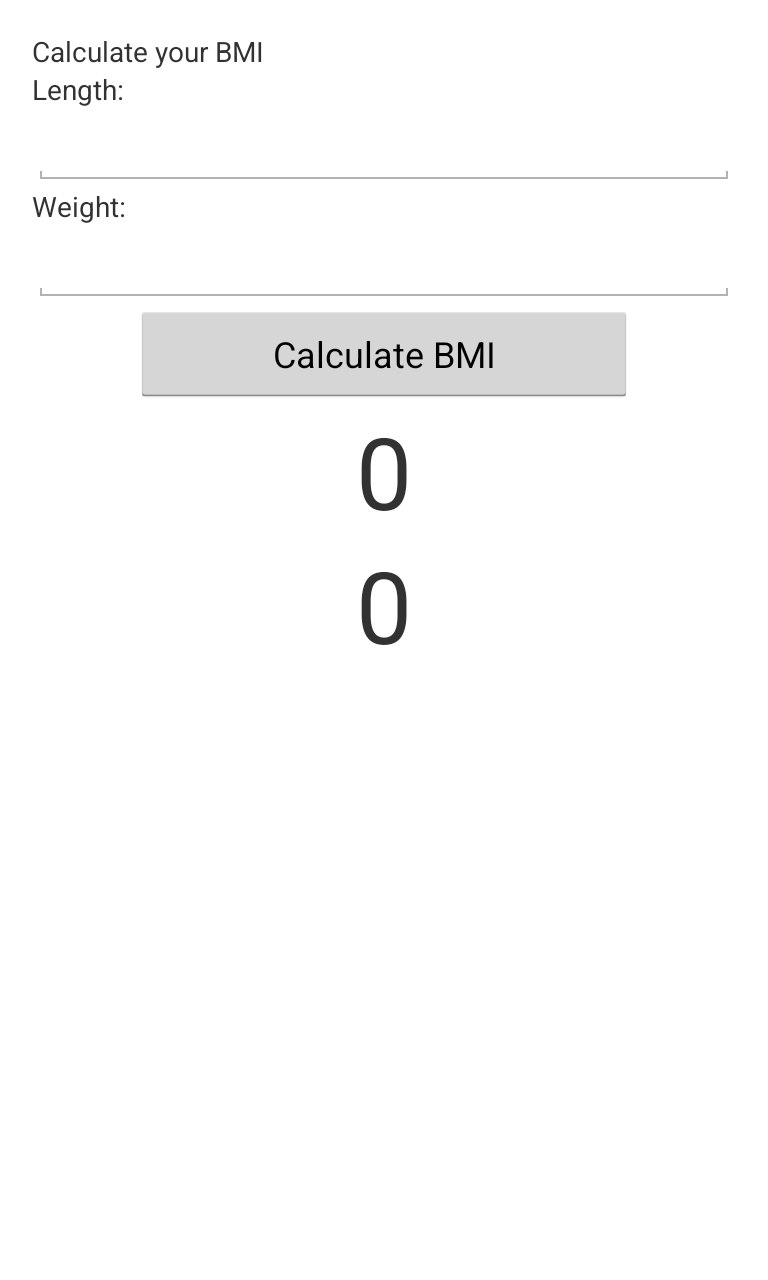
Repository: me222rs/AndroidLab1
Layout: BMI/res/layout/activity_bmi.xml
These files come from the project's save history. The layout is drawn as it stood at one moment and after the next save; the edit follows.
It is drawn on a 768 x 1280 px phone screen (xhdpi) without system bars, with theme AppTheme; the app's code is not run.

Above is the layout before, as saved 2014-11-17 13:14:04.

After the next save:
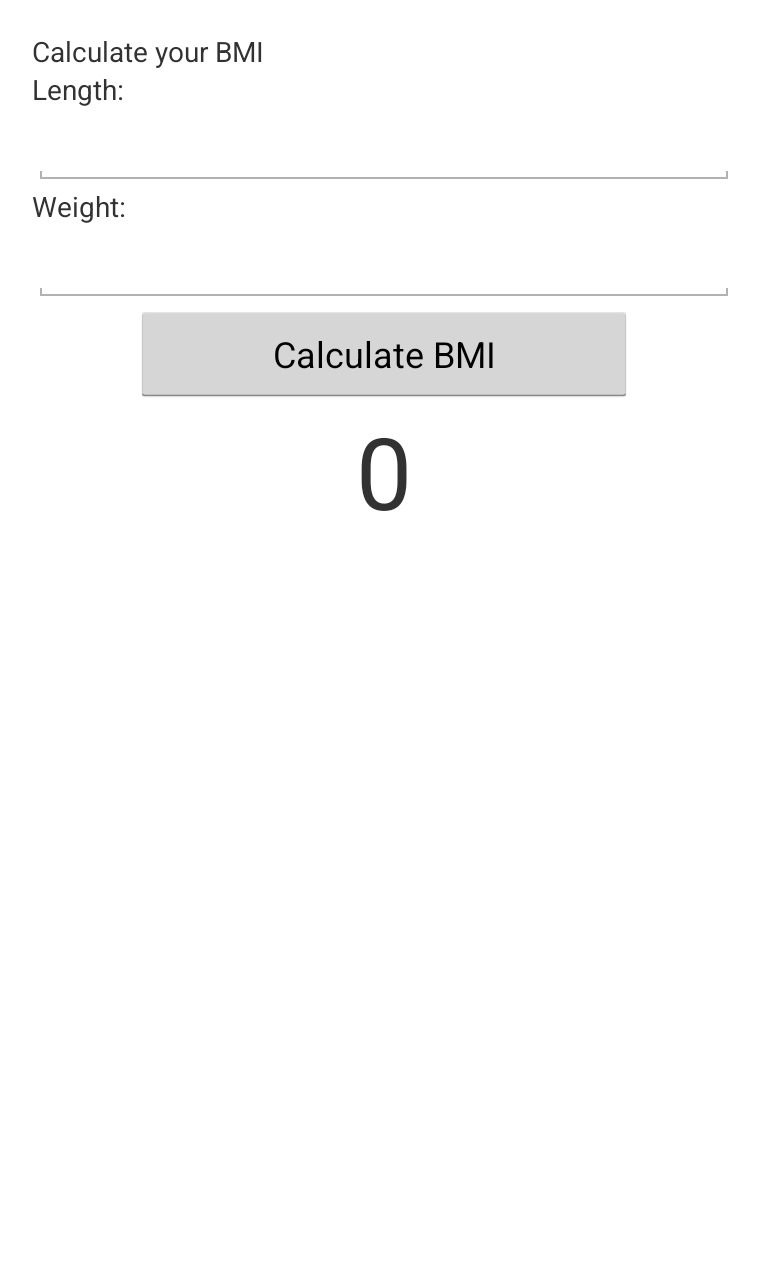
Saved 10 s later.
--- a/BMI/res/layout/activity_bmi.xml
+++ b/BMI/res/layout/activity_bmi.xml
@@ -69,7 +69,6 @@
         android:layout_height="wrap_content"
         android:text=""
         android:gravity="center"
-        android:textSize="50sp"
-        android:text="0" />
+        android:textSize="50sp"/>
 
 </RelativeLayout>
